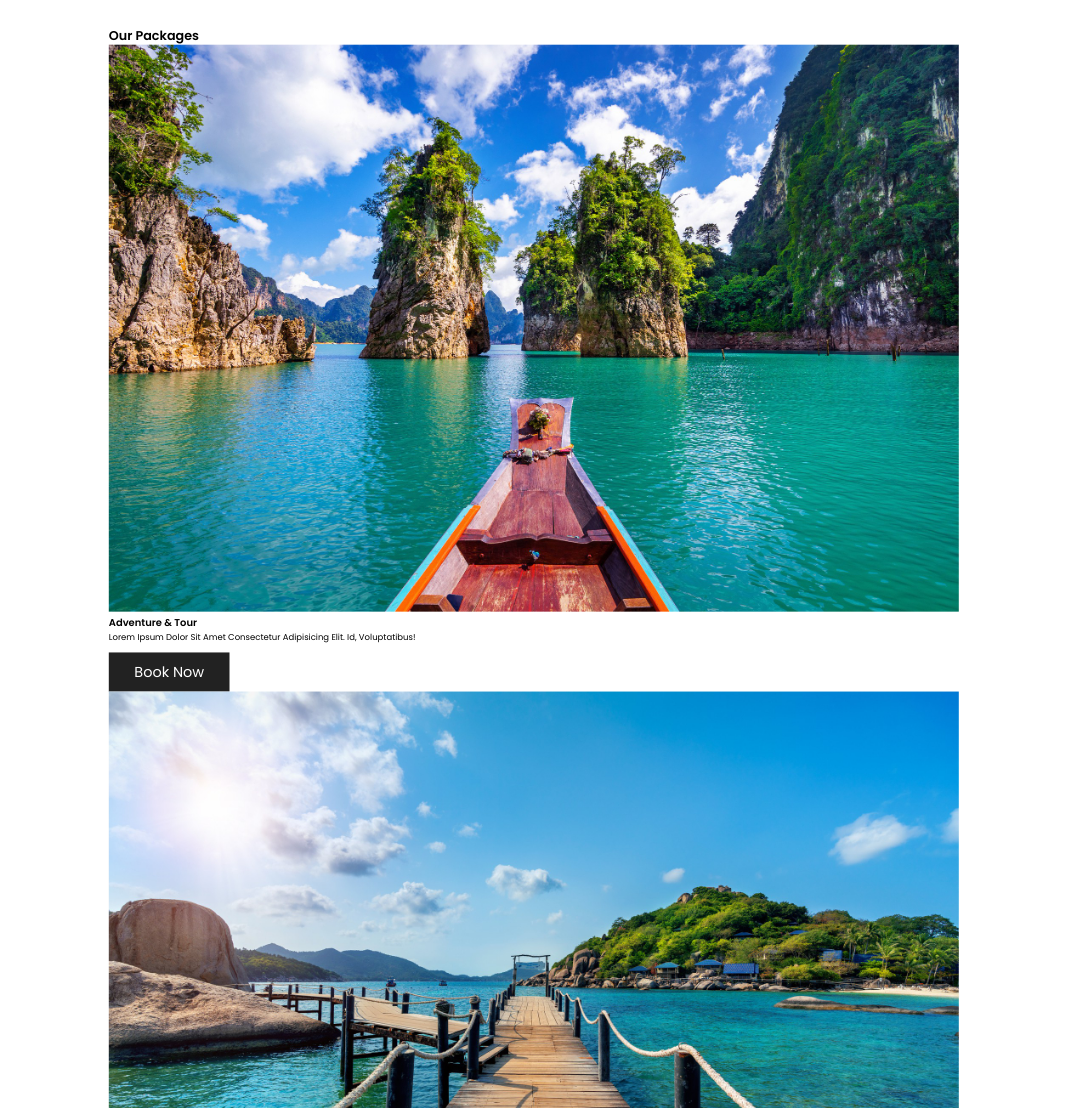
Repository: CTCuong/Traveloka-Web
Page: assets/home.html
The author's editor kept a copy of each file at every save. The page is drawn from the files as they stood at one save, then again after a run of saves.
The browser window is 1280 px wide. The pictures show the part of the page from y = 1189 to 2493 px (the page is 4429 px tall before and 4178 px after), at 85% of full size.
A picture or video elsewhere on the page could not be fetched, so the positions and the page height are approximate. Backgrounds fixed to the window are drawn as part of the page.

Above is the page before, as saved 2023-07-04 21:00:19.

After the next 2 saves:
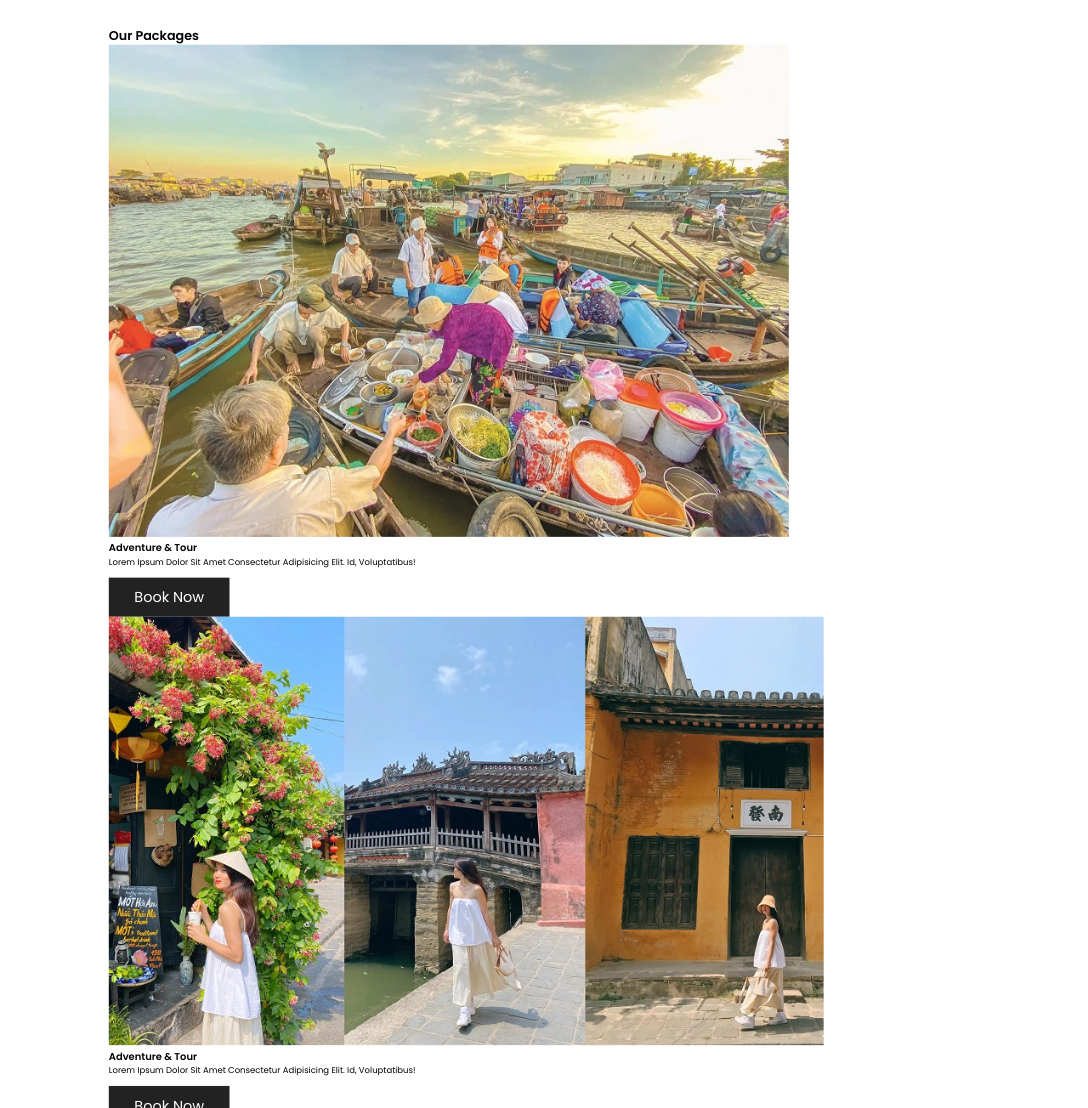
The 2 saves are shown as one change because they came seconds apart.
The last was saved 92 s later.
--- a/assets/home.html
+++ b/assets/home.html
@@ -93,7 +93,7 @@
 
             <div class="box">
                 <div class="image">
-                    <img src="/assets/image/Packages/1.jpg" alt="">
+                    <img src="/assets/image/Packages/3.jpg" alt="">
                 </div>
                 <div class="content">
                     <h3> adventure & tour </h3>
@@ -104,7 +104,7 @@
 
             <div class="box">
                 <div class="image">
-                    <img src="/assets/image/Packages/2.jpg" alt="">
+                    <img src="/assets/image/Packages/4.jpg" alt="">
                 </div>
                 <div class="content">
                     <h3> adventure & tour </h3>
